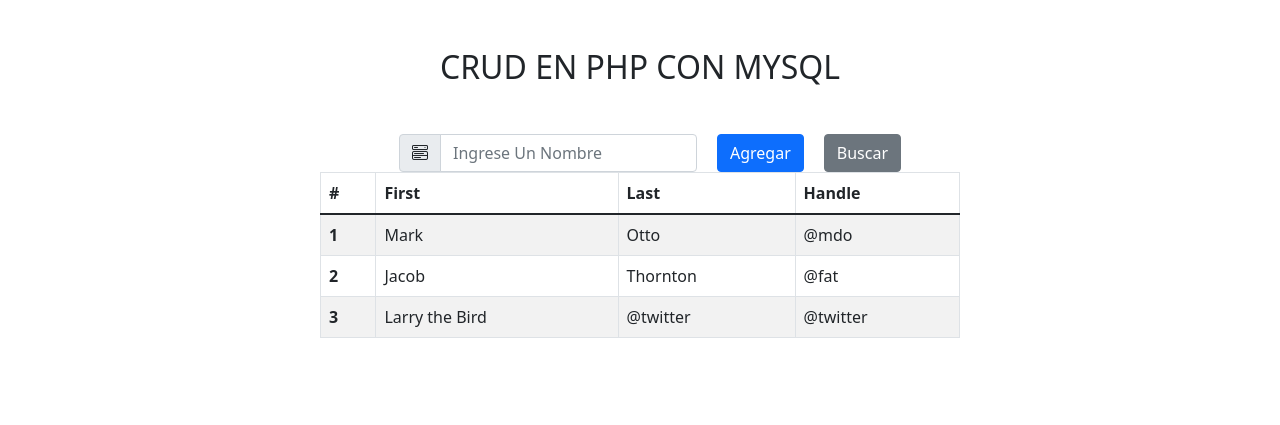
Repository: nder1996/CRUD_SENCILLO
Page: http://localhost/
The author's editor kept a copy of each file at every save. The page is drawn from the files as they stood at one save, then again after the next save.
The browser window is 1280 px wide. The pictures show the whole page.
The page is run by PHP 8.4 with error messages shown; the project is at /var/www/html/.

Above is the page before, as saved 2021-10-04 20:10:36.

After the next save:
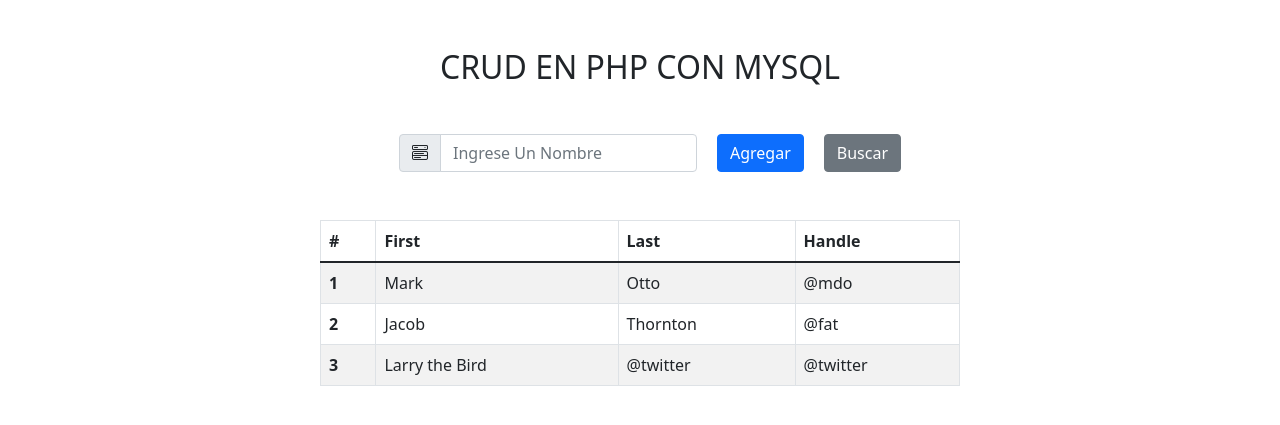
Saved 6 s later.
--- a/CRUD - SILENCIADO/index.php
+++ b/CRUD - SILENCIADO/index.php
@@ -27,7 +27,7 @@
                     <button type="button" class="btn btn-secondary">Buscar</button>
                 </section>
             </div>
-            <table class="table mt-7 table-bordered table-striped">
+            <table class="table mt-5 table-bordered table-striped">
                 <thead>
                     <tr>
                       <th scope="col">#</th>
